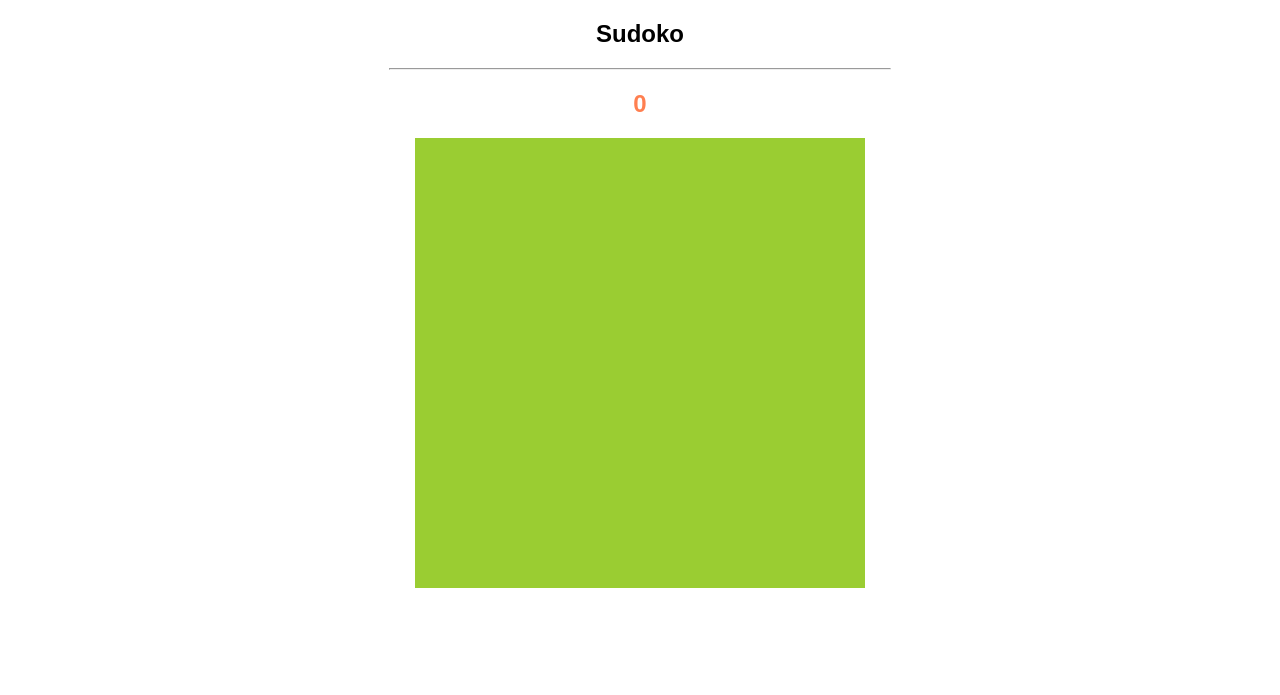
Repository: divyaravada/javascript-games
Page: sudoko/sudoko.html
These files come from the project's save history. The page is drawn as it stood at one moment and after the next save; the edit follows.
The browser window is 1280 px wide. The pictures show the whole page.

Above is the page before, as saved 2022-03-15 17:37:23.

After the next save:
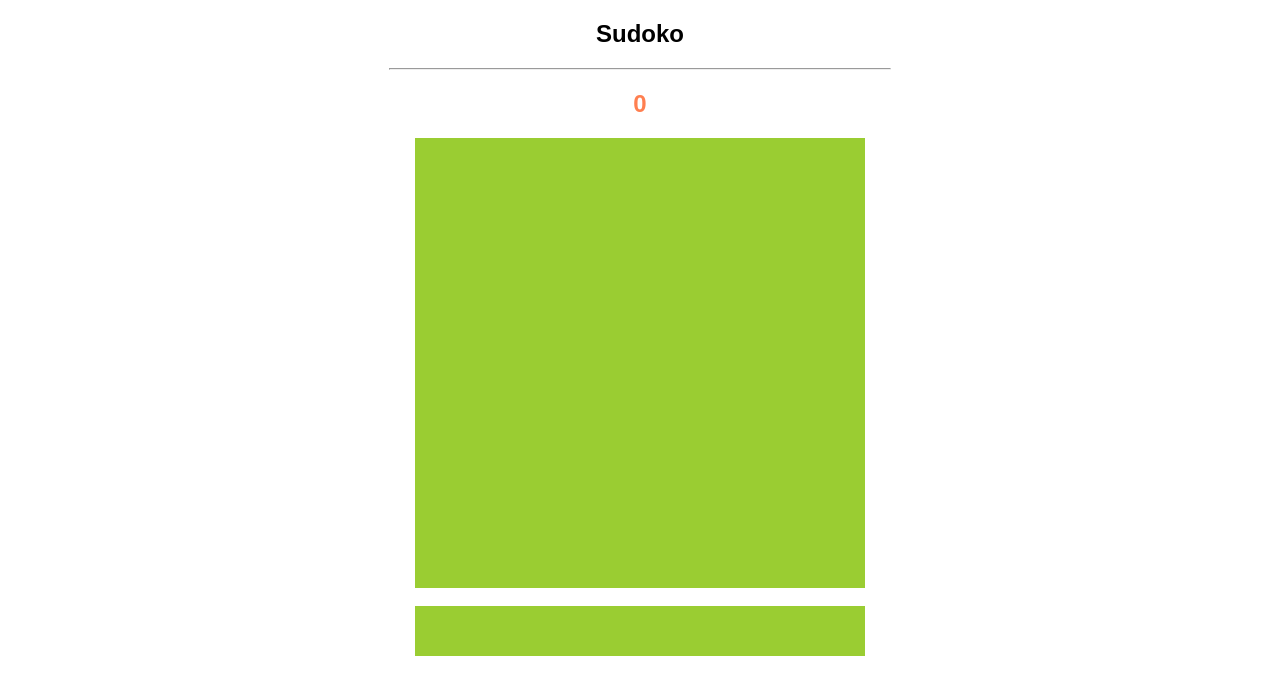
Saved 29 s later.
--- a/sudoko/sudoko.css
+++ b/sudoko/sudoko.css
@@ -19,4 +19,10 @@ hr {
 }
 #digits {
   width: 450px;
+  height: 50px;
+
+  background-color: yellowgreen;
+  margin: 0 auto;
+  display: flex;
+  flex-wrap: wrap;
 }
